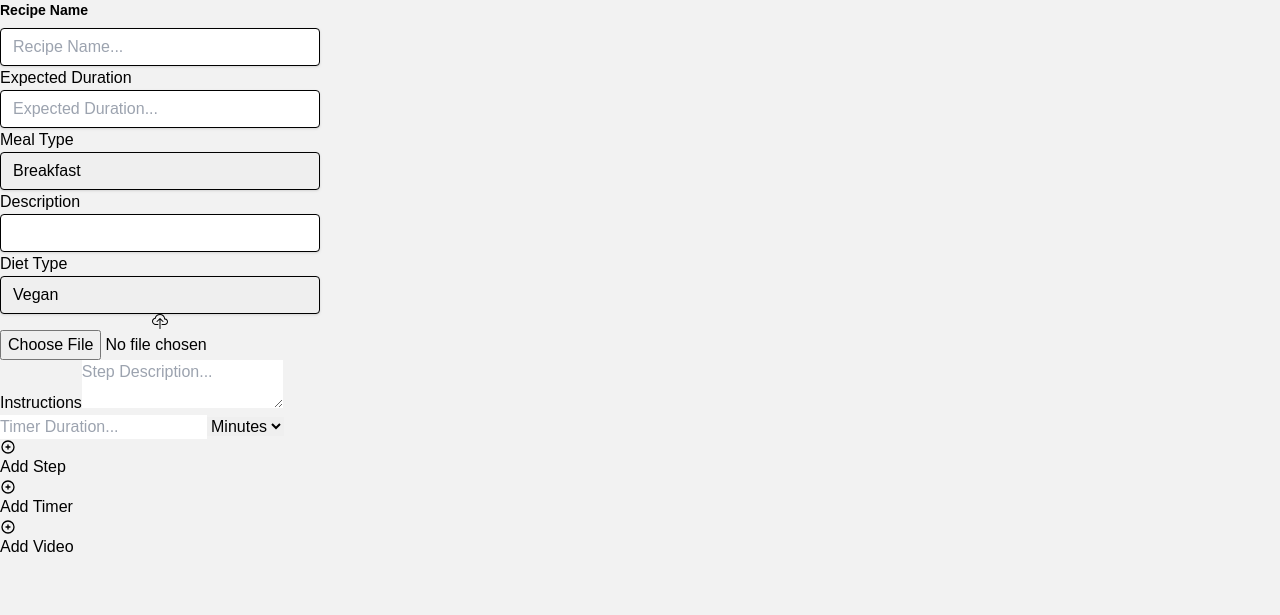
Repository: stvnsok/-capstone-project-3900-w18a-terraluna
Page: /new_recipe (app in frontend/)
These files come from the project's save history. The page is drawn as it stood at one moment and after the next save; the edit follows.
The browser window is 1280 px wide. The pictures show the whole page.
The project was rebuilt for these pictures with package versions that can differ from the ones it lists, and the page was loaded fresh each time. Also part of the build but not shown: frontend/src/services/auth.service.ts, frontend/src/api.ts, frontend/src/services/recipeContributor.service.ts, frontend/src/components/global/Modal.tsx, frontend/src/components/global/TextInput.tsx, frontend/src/components/Auth/helperFunctions.ts, frontend/src/components/Auth/ChangeEmailForm.tsx, frontend/src/components/Auth/ChangePasswordForm.tsx and 10 more.

Above is the page before, as saved 2022-07-19 21:41:25.

After the next save:
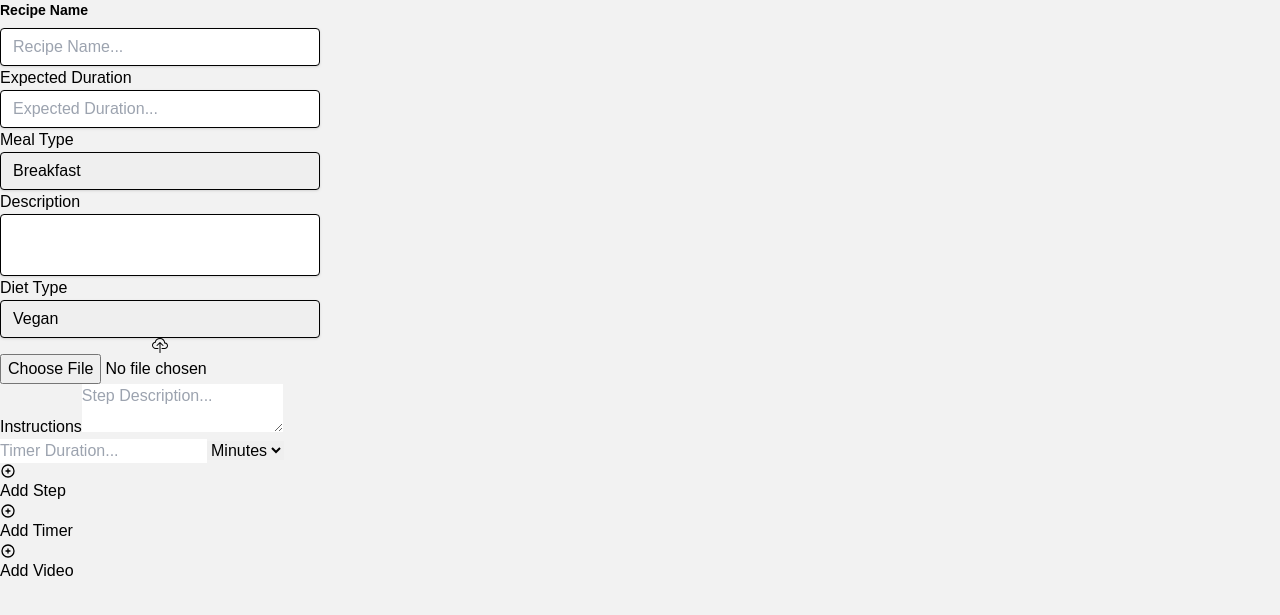
Saved 7 s later.
--- a/frontend/src/components/NewRecipe/CreateRecipeCard.tsx
+++ b/frontend/src/components/NewRecipe/CreateRecipeCard.tsx
@@ -80,7 +80,7 @@ export default function CreateRecipe () {
                     <label htmlFor = 'description'> Description</label>
                     <input
                         {...register('description')}
-                        className = 'shadow appearance-none border rounded w-full py-2 px-3 text-gray-700 leading-tight focus:outline-none focus:shadow-lg'
+                        className = 'shadow appearance-none border rounded w-full py-5 px-3 text-gray-700 leading-tight focus:outline-none focus:shadow-lg'
 
                     />
 
